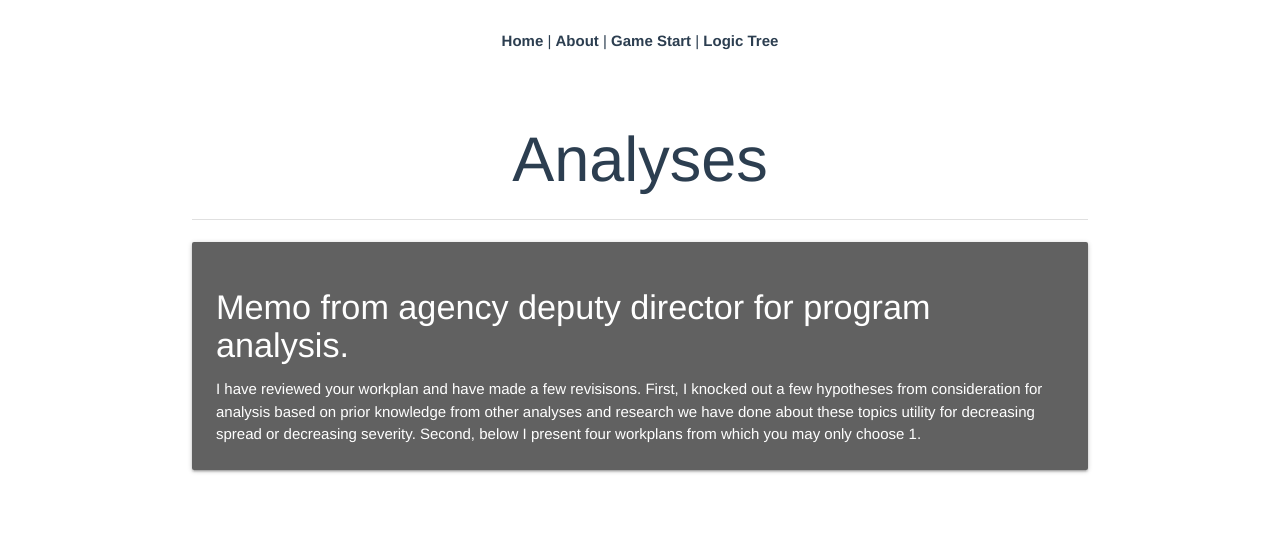
Repository: gallard28/posc4210app
Page: /#/analyses
The author's editor kept a copy of each file at every save. The page is drawn from the files as they stood at one save, then again after the next save.
The browser window is 1280 px wide. The pictures show the whole page.
The project was rebuilt for these pictures with package versions that can differ from the ones it lists, and the page was loaded fresh each time. Also part of the build but not shown: src/views/Home.vue, src/views/Start.vue, src/views/Scenario.vue, src/views/Prioritize.vue, src/views/Choose_tools.vue.

Above is the page before, as saved 2020-09-20 23:16:45.

### public/index.html
<!DOCTYPE html>
<html lang="en">
  <head>
    <meta charset="utf-8">
    <meta http-equiv="X-UA-Compatible" content="IE=edge">
    <meta name="viewport" content="width=device-width,initial-scale=1.0">
    <link rel="icon" href="<%= BASE_URL %>favicon.ico">
    <title><%= htmlWebpackPlugin.options.title %></title>

    <!-- Materialize CSS -->
    <!-- Compiled and minified CSS -->
    <link rel="stylesheet" href="https://cdnjs.cloudflare.com/ajax/libs/materialize/1.0.0/css/materialize.min.css">

    <!-- Compiled and minified JavaScript -->
    <script src="https://cdnjs.cloudflare.com/ajax/libs/materialize/1.0.0/js/materialize.min.js"></script>

    <!-- Google Fonts -->
    <link href="https://fonts.googleapis.com/icon?family=Material+Icons" rel="stylesheet">

  </head>
  <body>
    <noscript>
      <strong>We're sorry but <%= htmlWebpackPlugin.options.title %> doesn't work properly without JavaScript enabled. Please enable it to continue.</strong>
    </noscript>
    <div id="app"></div>
    <!-- built files will be auto injected -->
  </body>
</html>

### src/App.vue
<template>
  <div id="app">
    <div id="nav">
      <router-link to="/">Home</router-link> |
      <router-link to="/about">About</router-link> |
      <router-link to="/start">Game Start</router-link> |
      <router-link to="/scenario">Logic Tree</router-link>
    </div>
    <router-view/>
  </div>
</template>

<style>
#app {
  font-family: Avenir, Helvetica, Arial, sans-serif;
  -webkit-font-smoothing: antialiased;
  -moz-osx-font-smoothing: grayscale;
  text-align: center;
  color: #2c3e50;
}

#nav {
  padding: 30px;
}

#nav a {
  font-weight: bold;
  color: #2c3e50;
}

#nav a.router-link-exact-active {
  color: #42b983;
}
</style>

### src/router/index.js
import Vue from 'vue'
import VueRouter from 'vue-router'
import Home from '../views/Home.vue'
import Start from '../views/Start.vue'
import Scenario from '../views/Scenario.vue'
import Prioritize from '../views/Prioritize.vue'
import Choose_tools from '../views/Choose_tools.vue'
import Analyses from '../views/Analyses.vue'

Vue.use(VueRouter)

const routes = [
  {
    path: '/',
    name: 'Home',
    component: Home
  },
  {
    path: '/start',
    name: 'Start',
    component: Start
  },
  {
    path: '/scenario',
    name: 'Scenario',
    component: Scenario
  },
  {
    path: '/prioritize',
    name: 'Prioritize',
    component: Prioritize
  },
  {
    path: '/choose_tools',
    name: 'Choose_tools',
    component: Choose_tools
  },
  {
    path: '/analyses',
    name: 'Analyses',
    component: Analyses
  },
  {
    path: '/about',
    name: 'About',
    // route level code-splitting
    // this generates a separate chunk (about.[hash].js) for this route
    // which is lazy-loaded when the route is visited.
    component: () => import(/* webpackChunkName: "about" */ '../views/About.vue')
  }
]

const router = new VueRouter({
  routes
})

export default router

### src/views/Analyses.vue
<template>
  <div class="analyses container">
    <h1>Analyses</h1>
    <div class="divider"></div>
    <div class="section">
      <div class="card grey darken-2">
        <div class="card-content">
          <h4 class="left-align white-text">Memo from agency deputy director for program analysis.</h4>
          <p class="left-align  white-text">
            I have reviewed your workplan and have made a few revisisons. First, I knocked out a few hypotheses from consideration for analysis based on prior knowledge from other analyses and research we have done about these topics utility for decreasing spread or decreasing severity. Second, below I present four workplans from which you may only choose 1.
          </p>
        </div>
      </div>
    </div>
  </div>
</template>

<script>
export default {
  name: "Analyses"
}
</script>

<style>

</style>

Loaded but not shown: src/main.js (common file)

After the next save:
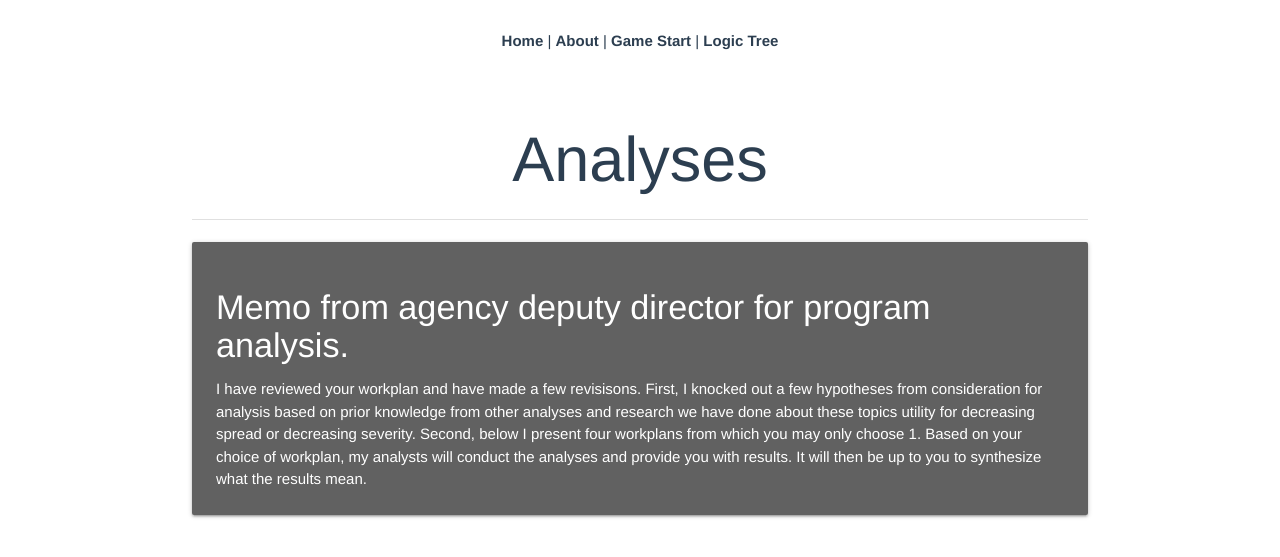
Saved 29 s later.
--- a/src/views/Analyses.vue
+++ b/src/views/Analyses.vue
@@ -7,7 +7,7 @@
         <div class="card-content">
           <h4 class="left-align white-text">Memo from agency deputy director for program analysis.</h4>
           <p class="left-align  white-text">
-            I have reviewed your workplan and have made a few revisisons. First, I knocked out a few hypotheses from consideration for analysis based on prior knowledge from other analyses and research we have done about these topics utility for decreasing spread or decreasing severity. Second, below I present four workplans from which you may only choose 1.
+            I have reviewed your workplan and have made a few revisisons. First, I knocked out a few hypotheses from consideration for analysis based on prior knowledge from other analyses and research we have done about these topics utility for decreasing spread or decreasing severity. Second, below I present four workplans from which you may only choose 1. Based on your choice of workplan, my analysts will conduct the analyses and provide you with results. It will then be up to you to synthesize what the results mean.
           </p>
         </div>
       </div>
